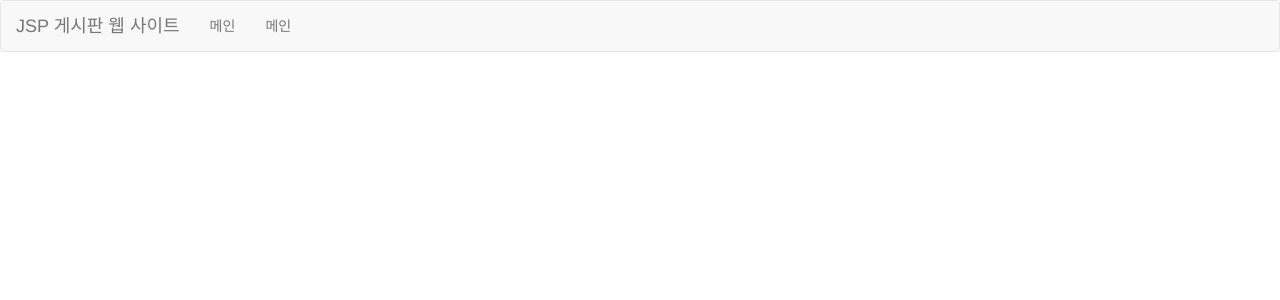
Repository: JoYuKang/Clone_Code
Page: http://localhost/BBS/join.jsp
These files come from the project's save history. The page is drawn as it stood at one moment and after the next save; the edit follows.
The browser window is 1280 px wide. The pictures show the whole page.
Some web libraries are served in a nearby version. The page is served by Tomcat 9.

Above is the page before, as saved 2021-01-16 15:43:04.

After the next save:
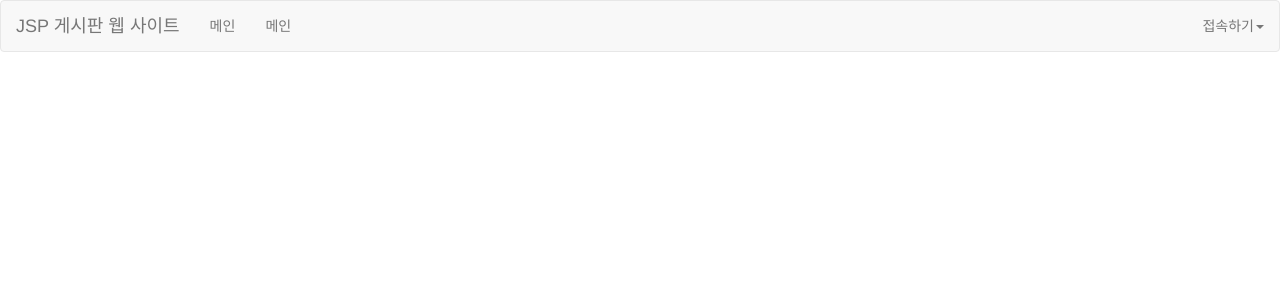
Saved 2 min 33 s later.
--- a/게시판/JSP/project/BBS/WebContent/join.jsp
+++ b/게시판/JSP/project/BBS/WebContent/join.jsp
@@ -25,6 +25,12 @@
 				<li><a href="main.jsp">메인</a></li>
 				<li><a href="bbs.jsp">메인</a></li>
 			</ul>
+			<ul class="nav navbar-nav navbar-right">
+				<li class="dropdown">
+					<a href="#" class="dropdown-toggle"
+					data-toggle="dropdown" role="button" aria-haspopup="true"
+					aria-expanded="false">접속하기<span class="caret"></span></a></li>
+			</ul>
 		</div>
 	</nav>
 	<script src="http://code.jquery.com/jquery-3.1.1.min.js"></script>
